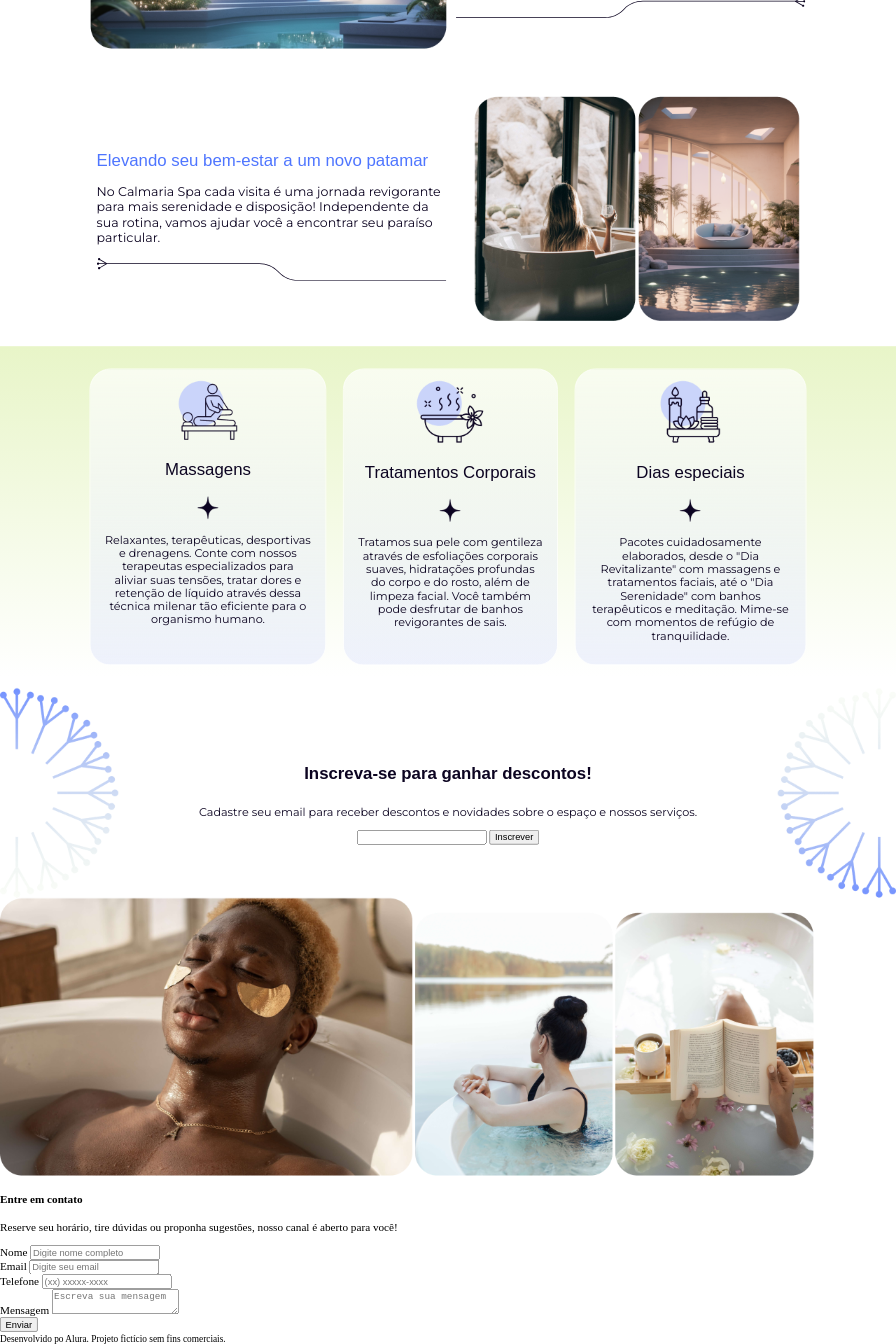
Repository: joaoPraiaJunior/curso-sass
Page: index.html
The author's editor kept a copy of each file at every save. The page is drawn from the files as they stood at one save, then again after the next save.
The browser window is 1280 px wide. The pictures show the part of the page from y = 1102 to 3022 px (the page is 3022 px tall), at 70% of full size.
Some web fonts or font styles are not loaded; a fallback is used. The style sheet was rebuilt from its Sass, Less or Tailwind sources for each picture, by a compiler version that may differ from the author's.

Above is the page before, as saved 2024-07-06 18:37:39.

### index.html
<!DOCTYPE html>
<html lang="pt-BR">

<head>
    <meta charset="UTF-8">
    <meta name="viewport" content="width=device-width, initial-scale=1.0">
    <link rel="stylesheet" href="/styles/styles.css">
    <link rel="preconnect" href="https://fonts.googleapis.com">
    <link rel="preconnect" href="https://fonts.gstatic.com" crossorigin>
    <link href="https://fonts.googleapis.com/css2?family=Krona+One&family=Montserrat:wght@400;600;700&display=swap" rel="stylesheet">
    <title>Calmaria</title>
</head>

<body>
    <header>
        <img src="./assets/logo.png" alt="logo">
        <nav>
            <ul>
                <li><a href="#nosso-espaco">Nosso espaço</a></li>
                <li><a href="#servico">Servicos</a></li>
                <li><a href="#contatos">Contato</a></li>
            </ul>
        </nav>
    </header>
    <main>
        <section id="home">
            <div class="home-conteudo">
                <div class="textos-home">
                    <h1>Boas-vindas ao seu refúgio de <span> paz e bem-estar</span></h1>
                    <button class="btn-main">Quero relaxar!</button>
                </div>
                <div class="img-home">
                    <img src="/assets/home-image.png" alt="Mulher de bruços recebendo massagem nas costas">
                </div>
            </div>
        </section>
        <section id="nosso-espaco">
            <div class="detalhes">
                <div class="imgs-espaco">
                    <img class="img-espaco" src="/assets/espaco-1.png" alt="Espaço iluminado pelo sol com design futurista composto por piscina e plantas">
                </div>
                <div class="espaco-textos">
                    <h2 class="titulo">Tecnologia e natureza potencializando seu relaxamento</h2>
                    <p class="infos">Oferecemos equipamentos de ponta, produtos certificados e uma equipe de
                        profissionais ultra qualificados para dissipar seu estresse e ajudar você na busca por
                        equilíbrio e tranquilidade.</p>
                    <img class="separador" src="./assets/separador-direita.svg" alt="separador de seções">
                </div>
            </div>
            <div class="detalhes">
                <div class="imgs-espaco">
                    <img class="img-espaco" src="/assets/espaco-2.png" alt="Mulher sentada numa banheira com uma taça na mão">
                    <img class="img-espaco" src="/assets/espaco-3.png" alt="Espaço com uma piscina e um sofá ao fundo">
                </div>
                <div class="espaco-textos">
                    <h2 class="titulo">Elevando seu bem-estar a um novo patamar</h2>
                    <p class="infos">No Calmaria Spa cada visita é uma jornada revigorante para mais serenidade e
                        disposição! Independente da sua rotina, vamos ajudar você a encontrar seu paraíso
                        particular.</p>
                    <img class="separador" src="./assets/separador-esquerda.svg" alt="separador de seções">
                </div>
            </div>
        </section>
        <section id="servico">

            <div class="cards">
                <div class="card">
                    <img src="/assets/icon-massagem.png" alt="Icone de massagem">
                    <h3 class="card-titulo">Massagens</h3>
                    <img src="./assets/Soft-Star.png" alt="soft star">
                    <p class="card-texto">Relaxantes, terapêuticas, desportivas e drenagens. Conte com nossos
                        terapeutas especializados para aliviar suas tensões, tratar dores e retenção de líquido
                        através
                        dessa técnica milenar tão eficiente para o organismo humano.</p>
                </div>
                <div class="card">
                    <img src="/assets/icon-tratamentos.png" alt="Icone de tratamento com figura de uma banheira">
                    <h3 class="card-titulo">Tratamentos Corporais</h3>
                    <img src="./assets/Soft-Star.png" alt="soft star">
                    <p class="card-texto">Tratamos sua pele com gentileza através de esfoliações corporais suaves,
                        hidratações profundas do corpo e do rosto, além de limpeza facial. Você também pode
                        desfrutar de
                        banhos revigorantes de sais.</p>
                </div>
                <div class="card">
                    <img src="/assets/icon-dias-especiais.png" alt="Icone de Dias especiais com figura de produtos">
                    <h3 class="card-titulo">Dias especiais</h3>
                    <img src="./assets/Soft-Star.png" alt="soft star">
                    <p class="card-texto">Pacotes cuidadosamente elaborados, desde o "Dia Revitalizante" com
                        massagens e tratamentos faciais, até o "Dia Serenidade" com banhos terapêuticos e meditação.
                        Mime-se com momentos de refúgio de tranquilidade.</p>
                </div>
            </div>

        </section>
        <section id="desconto">
            <img src="/assets/mandala-esquerda.png" alt="Mandala lado esquerdo">
            <div class="desconto-form">
                <h4>Inscreva-se para ganhar descontos!</h4>
                <p>Cadastre seu email para receber descontos e novidades sobre o espaço e nossos serviços.</p>
                <div class="input-btn">
                    <input type="email">
                    <button type="submit">Inscrever</button>
                </div>
            </div>
            <img src="/assets/mandala-direita.png" alt="Mandala lado direito">
        </section>
        <section id="contatos">
            <div class="contatos-imgs">
                <img src="/assets/contato-img-1.png" alt="Homem deitado em banheira">
                <img src="/assets/contato-img-2.png" alt="Mulher olhando para o horizonte dentro de uma banheira">
                <img src="/assets/contato-img-3.png" alt="Visão superior de um livro nas mãos de uma pessoa dentro de uma banheira">
            </div>
            <div class="contatos-form">
                <h4 class="titulo">Entre em contato</h4>
                <p class="infos">Reserve seu horário, tire dúvidas ou proponha sugestões, nosso canal é aberto para
                    você!</p>
                <form class="inputs">
                    <div class="form-group">
                        <label for="nomeContato">Nome</label>
                        <input type="text" id="nomeContato" placeholder="Digite nome completo">
                    </div>
                    <div class="form-group">
                        <label for="emailContato">Email</label>
                        <input type="email" id="emailContato" placeholder="Digite seu email">
                    </div>
                    <div class="form-group">
                        <label for="telefoneContato">Telefone</label>
                        <input type="text" id="telefoneContato" placeholder="(xx) xxxxx-xxxx">
                    </div>
                    <div class="form-group">
                        <label for="mensagemContato">Mensagem</label>
                        <textarea id="mensagemContato" placeholder="Escreva sua mensagem"></textarea>
                    </div>
                    <button class="btn">Enviar</button>
                </form>
            </div>
        </section>
    </main>
    <footer>
        <small>Desenvolvido po Alura. Projeto fictício sem fins comerciais.</small>
    </footer>
</body>

</html>

### styles/styles.scss
@use './abstract/root';

@use './components/header';
@use './components/home';
@use './components/nosso-espaco';
@use './components/servicos';
@use './components/desconto';

### styles/abstract/_root.scss
html {
  font-size: 62.5%;
}

body {
  font-size: 1.6rem;
  margin: 0;
  padding: 0;
  box-sizing: border-box;
}

### styles/components/_header.scss
@use "../abstract/variaveis";
@use "../abstract/mixins";

header {
  display: flex;
  flex-direction: column;
  align-items: center;
  gap: 1.6rem;
  background-color: variaveis.$cor-quaternaria;
  padding: 3.2rem;

  nav {
    border-top: 1px solid variaveis.$cor-primaria;
    width: 80%;

    ul {
      display: flex;
      justify-content: center;
      gap: 4.8rem;
      padding: 0;
      li {
        list-style-type: none;
        a {
            @include mixins.estilos-fontes(variaveis.$ft-textos, 2.2rem, variaveis.$cor-primaria);
          font-weight: 500;
          text-decoration: none;
          transition: all .1s ease-in-out;
          &:hover {
            font-weight: bolder;
          }
        }
      }
    }
  }
}

### styles/abstract/_variaveis.scss
//Variáveis
//Cores
$cor-primaria: #0C0421;
$cor-secundaria: #4e75ff;
$cor-terciaria: #85a0ff;
$cor-quaternaria: #E8F5C8;
$cor-default: #CAD4FA;
$gradiente-primario: linear-gradient(180deg, #E8F5C8 0%, #FFFFFF 96.87%);
$gradiente-secundario: linear-gradient(180deg, rgba(255, 255, 255, 0.7) 0%, rgba(202, 212, 250, 0.3) 100%);
//Fontes
$ft-textos: 'Montserrat', sans-serif;
$ft-titulos: 'Krona One', sans-serif;

### styles/abstract/_mixins.scss
@mixin margem-centralizada($width) {
    width: $width;
    margin: 0 auto;
}

@mixin estilos-fontes($font-family, $font-size, $font-color) {
    font-family: $font-family;
    font-size: $font-size;
    color: $font-color;
}

### styles/components/_home.scss
@use "../abstract/variaveis";
@use "../abstract/mixins";

#home {
  background: variaveis.$gradiente-primario;

  .home-conteudo {
    display: flex;
    align-items: center;
    @include mixins.margem-centralizada(80%);
    max-width: 1040px;
    .textos-home {
      max-width: 464px;
      h1 {
        font-family: variaveis.$ft-titulos;
        font-size: 4.2rem;
        color: variaveis.$cor-primaria;
        margin-bottom: 3.2rem;
        span {
          color: variaveis.$cor-secundaria;
        }
      }

      .btn-main {
        font-family: variaveis.$ft-textos;
        font-size: 2.2rem;
        font-weight: 600;
        color: variaveis.$cor-quaternaria;
        background-color: variaveis.$cor-secundaria;
        width: 28rem;
        border: none;
        padding: 2.4rem;
        border-radius: 40px;
        cursor: pointer;
        transition: all .3s ease-in-out;

        &:hover {
          color: variaveis.$cor-primaria;
          background-color: variaveis.$cor-default;
        }
      }
    }

    .img-home {
      max-width: 474px;
      img {
        width: 100%;
      }
    }
  }
}

### styles/components/_nosso-espaco.scss
@use "../abstract/variaveis";
@use "../abstract/mixins";

#nosso-espaco {
    @include mixins.margem-centralizada(80%);
    .detalhes {
        display: inline-flex;
        align-items: center;
        justify-content: space-around;
        gap: 2rem;
        width: 100%;
        padding: 3.2rem 0;
        .imgs-espaco {
            max-width: 500px;
        }

        .espaco-textos {
            @extend .imgs-espaco;
            .titulo {
                @include mixins.estilos-fontes(variaveis.$ft-titulos, 2.4rem, variaveis.$cor-secundaria);
                font-weight: 500;
            }

            .infos {
                @include mixins.estilos-fontes(variaveis.$ft-textos, 1.8rem, variaveis.$cor-primaria);
            }
            .separador {
                width: 100%;
            }
        }
        &:nth-child(2) {
            flex-direction: row-reverse;
        }
    }
}

### styles/components/_servicos.scss
@use "../abstract/variaveis";
@use "../abstract/mixins";

#servico {
    background: variaveis.$gradiente-primario;

    .cards {
        display: flex;
        gap: 2.4rem;
        @include mixins.margem-centralizada(80%);
        padding: 3.2rem 0;

        .card {
            background: variaveis.$gradiente-secundario;
            text-align: center;
            border: 1px solid #fff;
            padding: 1.6rem 2rem;
            border-radius: 3rem;

            &-titulo {
                @include mixins.estilos-fontes(variaveis.$ft-titulos, 2.4rem, variaveis.$cor-primaria);
                font-weight: 500;
            }
            &-texto {
                @include mixins.estilos-fontes(variaveis.$ft-textos, 1.6rem, variaveis.$cor-primaria);
            }
        }
    }
}

### styles/components/_desconto.scss
@use "../abstract/variaveis";
@use "../abstract/mixins";

#desconto {
    display: flex;
    align-items: center;
    justify-content:space-between;
    text-align: center;

    h4 {
        @include mixins.estilos-fontes(variaveis.$ft-titulos, 2.4rem, variaveis.$cor-primaria);
    }
    p {
        @include mixins.estilos-fontes(variaveis.$ft-textos, 1.6rem, variaveis.$cor-primaria);
    }
}

After the next save:
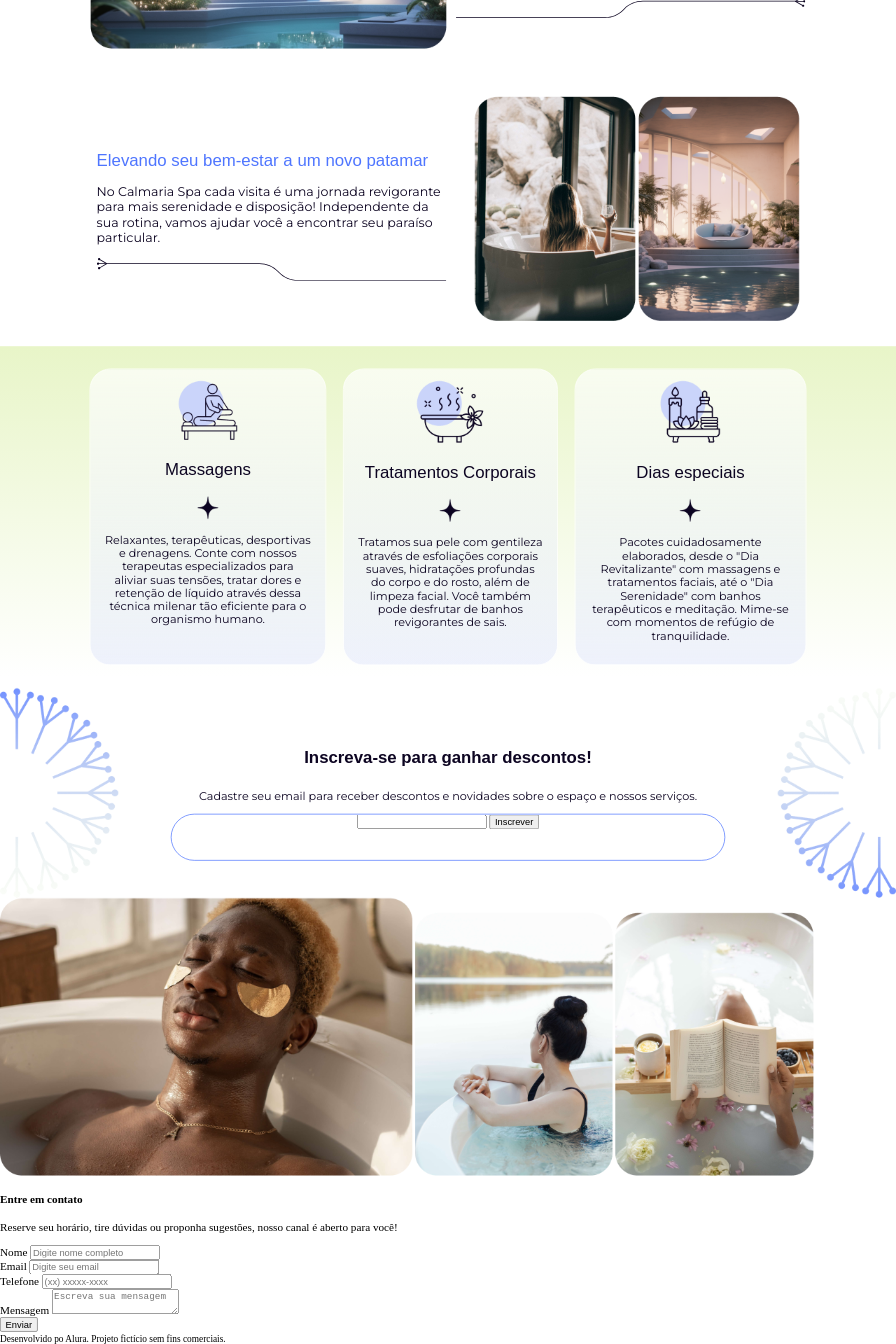
Saved 2 min 11 s later.
--- a/styles/components/_desconto.scss
+++ b/styles/components/_desconto.scss
@@ -13,4 +13,13 @@
     p {
         @include mixins.estilos-fontes(variaveis.$ft-textos, 1.6rem, variaveis.$cor-primaria);
     }
+
+    .input-btn {
+        $largura-input: 790px;
+        width: $largura-input;
+        height: 65px;
+        border: 1px solid variaveis.$cor-secundaria;
+        border-radius: 65px;
+
+    }
 }
